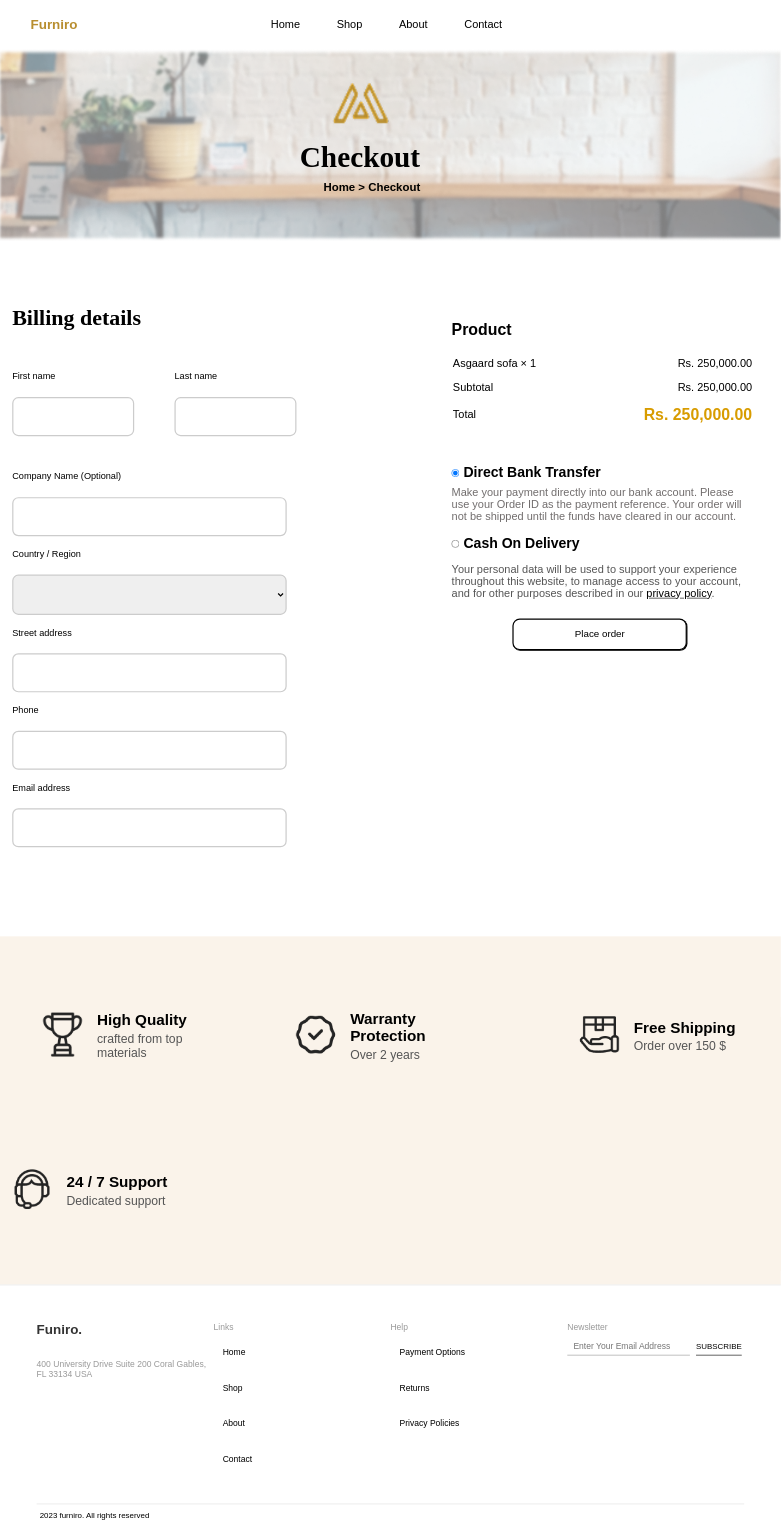
Repository: Ali1Kh/Furniro-ITI
Page: pages/checkout.html
The author's editor kept a copy of each file at every save. The page is drawn from the files as they stood at one save, then again after the next save.
The browser window is 1280 px wide. The pictures show the whole page, at 61% of full size.

Above is the page before, as saved 2025-07-19 22:03:53.

### pages/checkout.html
<!DOCTYPE html>
<html lang="en">

<head>
  <meta charset="UTF-8">
  <meta name="viewport" content="width=device-width, initial-scale=1.0">
  <title>CheckOut</title>
  <link rel="shortcut icon" href="../assets/icons/Logo.png" type="image/x-icon">
  <link rel="stylesheet" href="../styles/index.css">
  <link rel="stylesheet" href="../styles/checkout.css">
</head>

<body>

  <nav>
    <!-- Navigation -->
    <div class="navBar">
      <div class="text">
        <p>Furniro</p>
      </div>

      <div class="menu-icon" onclick="toggleSidebar()">☰</div>

      <div class="navBarLinks">
        <ul>
          <li><a href="/pages/home.html">Home</a></li>
          <li><a href="/pages/shop.html">Shop</a></li>
          <li><a href="/">About</a></li>
          <li><a href="/pages/contact.html">Contact</a></li>
        </ul>
      </div>

     <div class="navBarIcons">
        <a href="/pages/Compare.html"><i class="fa-solid fa-user"></i></a>
        <a href="/pages/shop.html"><i class="fa-solid fa-magnifying-glass"></i></a>
        <a href="/"><i class="fa-solid fa-heart"></i></a>
        <a href="/pages/checkout.html"><i class="fa-solid fa-cart-plus"></i></a>
      </div>
    </div>


    <!-- Sidebar for mobile -->
    <div class="sidebar" id="sidebar">
      <a href="" onclick="toggleSidebar()">✖</a>
      <a href="">Home</a>
      <a href="/pages/shop.html">Shop</a>
      <a href="/">About</a>
      <a href="/pages/contact.html">Contact</a>
    </div>
  </nav>

  <main class="checkout">
    <div id="home">
      <div class="img-conteaner">
        <img src="../assets/img/Rectangle 1.png" alt="">

        <div class="text-conteaner">
          <img src="../assets/icons/Logo.png" alt="" style="width: 100px;height: 77px;margin-top: -80px; left: 1px; ">
          <h2 style="font-size: 48px; font-family: Poppins; top: 20px;">Checkout</h2>
          <h3 style="top: 30px;left: -11px; "><span style="width: 48;height: 24;top: 295px;left: 660px; ">Home ></span>
            Checkout</h3>
        </div>
      </div>
    </div>

    <div id="content">
      <div class="form">
        <h1 style="font-family: Poppins;font-weight: 600;font-style: SemiBold;font-size: 36px;">Billing details</h1>
        <br><br>
        <form>
          <div class="input" style="width: 200px;">
            <label>First name</label><br>
            <input type="text" name="firatname" id="firatname">
          </div>

          <div class="input" style="width: 200px; position: relative;bottom: 127px;left: 266px;">
            <label>Last name</label><br>
            <input type="text" name="lastname" id="lastname">
          </div>

          <div class="input" style="position: relative; bottom: 90px; width: 450px;">
            <label>Company Name (Optional)</label><br>
            <input type="text" name="Companyname(Optional)" id="Companyname(Optional)">
          </div>

          <div class="input" style="position: relative; bottom: 90px; width: 450px;">
            <label>Country / Region</label><br>
            <select>
              <option></option>
              <option>UK</option>
              <option>Argantina</option>
              <option>Brasil</option>
              <option>Egypt</option>
              <option>USA</option>
            </select>
          </div>

          <div class="input" style="position: relative; bottom: 90px; width: 450px;">
            <label>Street address</label><br>
            <input type="text" name="Streetaddress" id="Streetaddress">
          </div>

          <div class="input" style="position: relative; bottom: 90px; width: 450px;">
            <label>Phone</label><br>
            <input type="number" name="Phone" id="Phone">
          </div>

          <div class="input" style="position: relative; bottom: 90px; width: 450px;">
            <label>Email address</label><br>
            <input type="email" name="Emailaddress" id="Emailaddress">
          </div><br><br>

        </form>
      </div>
      <div class="table">
        <div class="order-summary">
          <h2>Product</h2>
          <table>
            <tr>
              <td>Asgaard sofa × 1</td>
              <td style="text-align: right;">Rs. 250,000.00</td>
            </tr>
            <tr>
              <td>Subtotal</td>
              <td style="text-align: right;">Rs. 250,000.00</td>
            </tr>
            <tr>
              <td>Total</td>
              <td style="text-align: right;" class="total">Rs. 250,000.00</td>
            </tr>
          </table><br><br>

          <div class="payment-methods">
            <label><input type="radio" name="payment" checked> Direct Bank Transfer</label>
            <p>
              Make your payment directly into our bank account. Please use your Order ID as the payment reference. Your
              order will not be shipped until the funds have cleared in our account.
            </p>

            <label><input type="radio" name="payment"> Cash On Delivery</label>
          </div>

          <div class="privacy">
            Your personal data will be used to support your experience throughout this website, to manage access to your
            account, and for other purposes described in our <a href="#">privacy policy</a>.
          </div>

          <button class="btn">Place order</button>
        </div>
      </div>
    </div>

    <div id="quality">
      <div class="quality-box"
        style="display: flex; gap: 1.5rem; padding-top: 80px; padding-bottom: 80px;width: 25%;padding-left: 50px;">
        <div class="l"><img src="../assets/icons/Group copy.png" alt=""></div>
        <div class="r">
          <h2>High Quality</h2>
          <p>crafted from top materials</p>
        </div>

      </div>
      <div class="quality-box" style="display: flex; gap: 1.5rem; padding-top: 80px; padding-bottom: 80px;width: 25%;">
        <div class="l"><img src="../assets/icons/Group (2).png" alt=""></div>
        <div class="r">
          <h2>Warranty Protection</h2>
          <p>Over 2 years</p>
        </div>

      </div>
      <div class="quality-box" style="display: flex; gap: 1.5rem; padding-top: 80px; padding-bottom: 80px;width: 25%;">
        <div class="l"><img src="../assets/icons/Vector (2).png" alt=""></div>
        <div class="r">
          <h2>Free Shipping</h2>
          <p>Order over 150 $</p>
        </div>

      </div>
      <div class="quality-box" style="display: flex; gap: 1.5rem; padding-top: 80px; padding-bottom: 80px;width: 25%;">
        <div class="l"><img src="../assets/icons/customer-support.png" alt=""></div>
        <div class="r">
          <h2>24 / 7 Support</h2>
          <p>Dedicated support</p>
        </div>

      </div>

    </div>
  </main>

  <footer class="footer">
    <div class="footer-container">
      <div class="footer-sec">
        <h2 class="logo">Funiro.</h2>
        <p style="padding-top: 20px;">400 University Drive Suite 200 Coral Gables,<br>FL 33134 USA</p>
      </div>

      <div class="footer-sec">
        <h4>Links</h4>
        <ul>
          <li><a href="#">Home</a></li>
          <li><a href="#">Shop</a></li>
          <li><a href="#">About</a></li>
          <li><a href="#">Contact</a></li>
        </ul>
      </div>

      <div class="footer-sec">
        <h4>Help</h4>
        <ul>
          <li><a href="#">Payment Options</a></li>
          <li><a href="#">Returns</a></li>
          <li><a href="#">Privacy Policies</a></li>
        </ul>
      </div>

      <div class="footer-sec new">
        <h4>Newsletter</h4>
        <div class="subscribe">
          <input type="email" placeholder="Enter Your Email Address">
          <button>SUBSCRIBE</button>
        </div>
      </div>
    </div>

    <div class="footer-bottom">
      <p>2023 furniro. All rights reserved</p>
    </div>
  </footer>

  <script src="../scripts/index.js"></script>

</body>

</html>

### styles/index.css
:root {
  --mainColor: #feeed8;
}

* {
  margin: 0;
  padding: 0;
  box-sizing: border-box;
}

body {
  font-family: "Poppins", sans-serif;
}

.navBar img {
  display: inline;
}

.navBar {
  width: 100%;
  height: 80px;
  display: flex;
  justify-content: space-between;
  align-items: center;
  padding: 0 50px;
  background-color: #fff;
  z-index: 1000;
  position: sticky;
  top: 0;
}

.navBarLinks ul {
  list-style: none;
  display: flex;
  gap: 60px;
}

.navBarLinks a {
  text-decoration: none;
  font-size: 18px;
  color: black;
}

.navBarIcons {
  display: flex;
  gap: 30px;
}

.text p {
  font-weight: bold;
  font-size: 22px;
  color: #b88e2f;
}

/* Sidebar for mobile */
.sidebar {
  height: 100%;
  width: 0;
  position: fixed;
  background-color: #8d8d8d;
  overflow-x: hidden;
  transition: 0.3s;
  padding-top: 60px;
  z-index: 999;
}
.sidebar a {
  padding: 12px 20px;
  text-decoration: none;
  font-size: 20px;
  color: white;
  display: block;
}
.sidebar a:hover {
  background-color: #444;
}

.menu-icon {
  font-size: 28px;
  cursor: pointer;
  display: none;
  padding: 15px;
}

/* Quality */

#quality {
  display: flex;
  background-color: rgba(250, 243, 234, 1);
  width: 100%;
}

/* Page Header */

#pageHeader .imge {
  position: relative;
  width: 100%;
  height: auto;
}

#pageHeader .imge img {
  width: 100%;
  height: auto;
  display: block;
}

#pageHeader .adresIn {
  position: absolute;
  top: 50%;
  left: 50%;
  transform: translate(-50%, -50%);
  color: black;
  text-align: center;
}

#pageHeader .mainP1 {
  font-size: 48px;
}
#pageHeader .scoundP1 {
  font-size: 16px;
}

.footerBox {
  height: 400px;
  width: 100%;
}
.with-line::before,
.with-line::after {
  content: "";
  display: block;
  height: 1px;
  background-color: #c6c6c6;
  margin: 20px auto;
  width: 100%;
}

.with-line::after {
  width: 82%;
}

.infoterbox {
  margin-left: 100px;
  margin-right: 100px;
  display: grid;
  grid-template-columns: 1fr 1fr 1fr 1.5fr;
  gap: 20px;
  padding: 30px;
  color: white;

  height: 100%;
}

.mainFooterBar {
  font-weight: bold;
  font-size: 24px;
  color: #000;
}
.scoundFooterBar {
  font-size: 16px;
  font-weight: 300;
  color: #9f9f9f;
  position: relative;
  top: 40px;
}

.prgraphF {
  position: relative;
  top: 54px;
}

.infoterboxLM a,
.infoterboxRM a {
  display: block;
  margin-top: 55px;
  text-decoration: none;
  color: #000;
  width: 70%;
}

.infoterboxLM p,
.infoterboxRM p,
.prgraphFF p {
  font-size: 16px;
  font-weight: 300;
  color: #9f9f9f;
}

.SUBSCRIBE {
  position: relative;
  top: 53px;
}

.SUBSCRIBE button {
  font-size: 14px;
  font-weight: bold;
  width: 85px;
  height: 21px;
  border: none;
  border-bottom: 1px solid black;
  margin-left: 15px;
  background-color: white;

  cursor: pointer;
}

.SUBSCRIBE input {
  font-size: 14px;
  width: 200px;
  height: 21px;
  color: #9f9f9f;
  border: none;
  border-bottom: 1px solid black;
}

.SUBSCRIBE input:focus {
  outline: none;
}

@media (max-width: 768px) {
  .navBarLinks {
    display: none;
  }
  .menu-icon {
    display: block;
  }
  .navBarIcons {
    display: none;
  }
}

@media (max-width: 767px) {
  .navBarIcons {
    display: none;
  }
}

### styles/checkout.css
* {
  margin: 0;
  padding: 0;
}
.checkout ul {
  list-style: none;
}

.checkout a {
  text-decoration: none;
}

/* start header */

#header {
  background-color: rgb(250, 245, 240);
  border: 1px solid #ccc;
  width: 100%;
  height: 90px;
}
#header .navbar {
  display: flex;
  justify-content: space-between;
  align-items: center;
}
#header .navbar .logo {
  display: flex;
  width: 185;
  height: 41;
  opacity: 1;
  top: 29px;
  left: 54px;
  gap: 5px;
}
#header .navbar img {
  width: 185;
  height: 41px;
  top: 29px;
  left: 54px;
  gap: 5px;
}

/* #header .navbar .imgs{
    width: 300px;
    display: flex;
    position: relative;
    bottom: 10px;
} */

#header .navbar ul {
  display: flex;
}
#header .navbar ul li a {
  position: relative;
  color: black;
  font-size: 25px;
  margin: 0 20px;
  font-weight: bold;
  transition: 0.3s ease;
  bottom: 15px;
}
#header .navbar ul li a:hover {
  color: bisque;
}

/* finish header */

.img-conteaner {
  position: relative;
  width: 100%;
}

.img-conteaner img {
  width: 100%;
  height: 316px;
  top: 100px;
}

.text-conteaner {
  position: absolute;
  top: 50%;
  left: 50%;
  transform: translate(-50%, -50%);
}
.text-conteaner h3 {
  position: relative;
  bottom: 90px;
  left: 40px;
}
.text-conteaner h2 {
  position: relative;
  bottom: 90px;
  left: -50px;
}

#content {
  display: flex;
  justify-content: space-between;
  gap: 8rem;
  max-width: 1240px;
  margin: auto;
  padding-top: 100px;
}

.form {
  width: 50%;
}

.form h1 {
  font-size: 36px;
  font-weight: 600;
  margin-bottom: 30px;
}

form label {
  font-weight: 500;
  margin-bottom: 8px;
  display: block;
  font-size: 15px;
}

form input,
form select {
  width: 100%;
  padding: 22px;
  border: 2px solid #ccc;
  border-radius: 10px;
  font-size: 14px;
}

.input {
  margin-bottom: 20px;
}

.table {
  width: 48%;
}

.order-summary {
  padding: 25px;
}

.order-summary h2 {
  font-size: 26px;
  margin-bottom: 20px;
}

.order-summary table {
  width: 100%;
  margin-bottom: 20px;
}

.order-summary table td {
  padding: 8px 0;
  font-size: 18px;
}

.order-summary .total {
  font-weight: bold;
  color: #d89c00;
  font-size: 26px;
}

.payment-methods label {
  display: block;
  margin-bottom: 10px;
  font-weight: bold;
  font-size: 23px;
}

.payment-methods p {
  font-size: 18px;
  color: #716d6d;
  margin: 10px 0 20px;
  line-height: 1.1;
}

.privacy {
  font-size: 18px;
  color: #555;
  margin: 20px 0;
  line-height: 1.1;
}

.privacy a {
  text-decoration: underline;
  color: black;
}

.btn {
  padding: 15px 100px;
  background: #fff;
  border: 2px solid black;
  border-radius: 12px;
  font-size: 16px;
  transition: 0.3s ease;
  margin-left: 100px;
  margin-top: 10px;
  box-shadow: 1px 1px 1px black;
}

.btn:hover {
  background-color: #babd8e;
}

#quality {
  display: flex;
  justify-content: space-between;
  background-color: rgba(250, 243, 234, 1);
  width: 100%;
  flex-wrap: wrap;
  padding: 40px 20px;
  gap: 1rem;
}

.quality-box {
  display: flex;
  gap: 1.2rem;
  width: 25%;
  padding-top: 40px;
  padding-bottom: 40px;
  box-sizing: border-box;
  align-items: center;
}

.quality-box img {
  width: 65px;
}

.quality-box h2 {
  font-size: 25px;
  margin-bottom: 5px;
}

.quality-box p {
  font-size: 20px;
  color: #555;
}


.footer {
  background-color: #fff;
  padding: 40px 60px 20px;
  border-top: 1px solid #e0e0e0;
  color: #333;
}

.footer-container {
  display: flex;
}

.footer-sec {
  flex: 1 1 200px;
  margin: 20px 0;
}

.footer-sec h2.logo {
  font-size: 22px;
  font-weight: 700;
  margin-bottom: 15px;
}

.footer-sec h4 {
  font-size: 14px;
  font-weight: 500;
  color: #999;
  margin-bottom: 10px;
}

.footer-sec ul {
  list-style: none;
  padding: 0;
  margin: 0;
}

.footer-sec ul li {
  margin-bottom: 10px;
  padding: 15px;
}

.footer-sec ul li a {
  text-decoration: none;
  color: #000;
  font-size: 14px;
}

.footer-sec p {
  color: #999;
  font-size: 14px;
}

.new .subscribe {
  display: flex;
  gap: 10px;
  margin-top: 10px;
}

.new input {
  padding: 6px 10px;
  font-size: 14px;
  border: none;
  border-bottom: 1px solid #999;
  outline: none;
}

.new button {
  background: none;
  border: none;
  border-bottom: 1px solid #000;
  color: #000;
  font-size: 13px;
  font-weight: 500;
}

.footer-bottom {
  border-top: 1px solid #e0e0e0;
  padding: 5px;
  margin-top: 20px;
  padding-top: 10px;
  text-align: left;
  font-size: 13px;
  color: #000;
}

@media (max-width: 790px) {
  #content {
    flex-direction: column;
    gap: 3rem;
    padding: 50px 20px;
  }

  .form,
  .table {
    width: 100%;
  }

  .btn {
    width: 100%;
    margin-left: 0;
  }
   .quality-box {
    width: 100%;
    flex-direction: row;
    justify-content: start;
    padding: 20px 0;
     position: relative;
    left: 30%;

  }

  #quality {
    flex-direction: column;
    gap: 0;

  }
}
@media (max-width: 768px) {
  .footer-container {
    flex-direction: column;
    gap: 30px;
  }

  .footer-sec {
    margin: 10px 0;
  }

  .new .subscribe {
    flex-direction: column;
    align-items: flex-start;
  }

  .new input,
  .new button {
    width: 50%;
  }

  .footer {
    padding: 30px 20px 10px;
  }

  .footer-bottom {
    text-align: center;
    font-size: 12px;
  }
}

### scripts/index.js
function toggleSidebar() {
  const sidebar = document.getElementById("sidebar");
  if (sidebar.style.width === "250px") {
    sidebar.style.width = "0";
  } else {
    sidebar.style.width = "250px";
  }
}

function toggleSidebar() {
  const sidebar = document.getElementById("sidebar");
  if (sidebar.style.display === "flex") {
    sidebar.style.display = "none";
  } else {
    sidebar.style.display = "flex";
  }
}

After the next save:
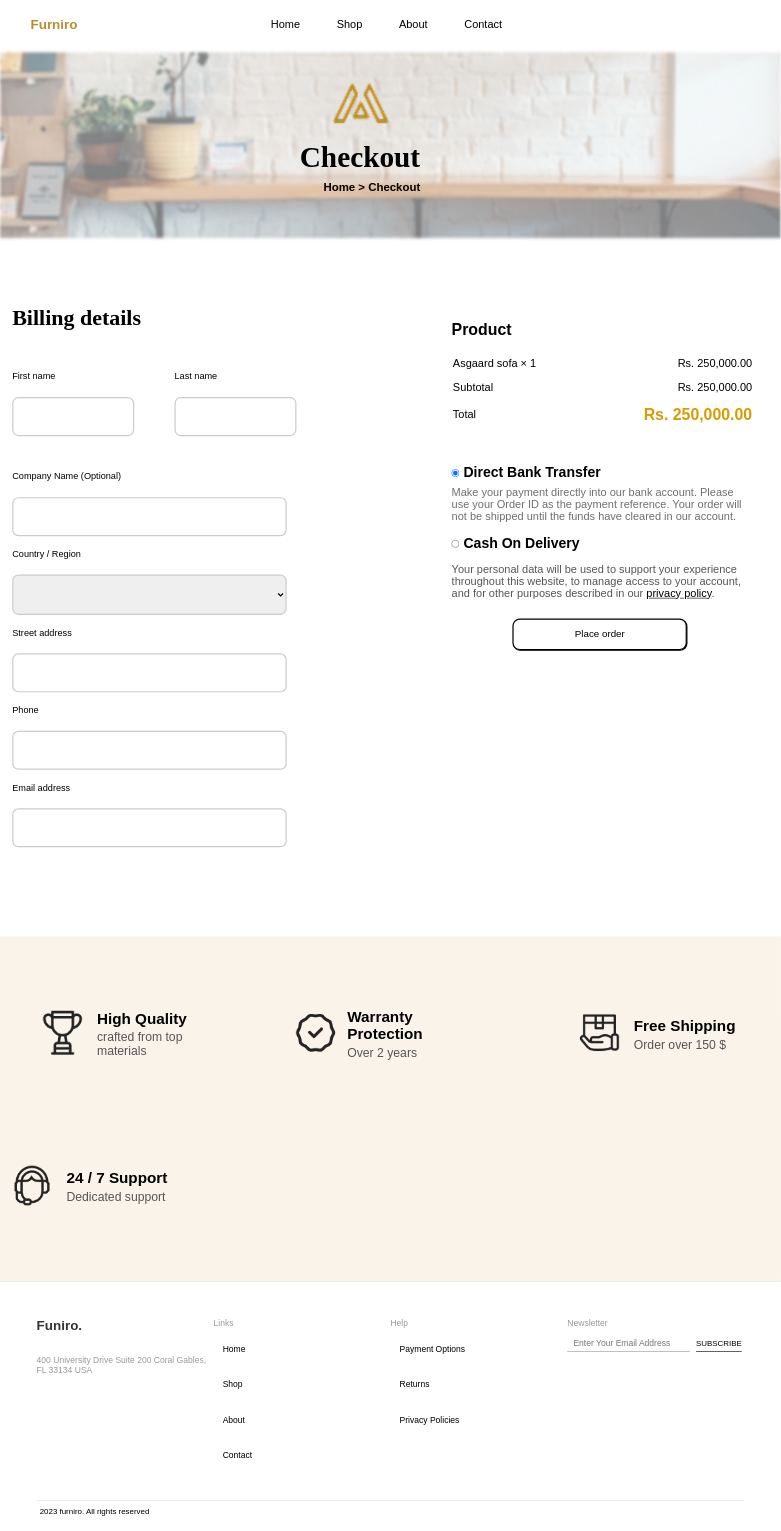
Saved 68 s later.
--- a/pages/checkout.html
+++ b/pages/checkout.html
@@ -160,7 +160,7 @@
         </div>
 
       </div>
-      <div class="quality-box" style="display: flex; gap: 1.5rem; padding-top: 80px; padding-bottom: 80px;width: 25%;">
+      <div class="quality-box" >
         <div class="l"><img src="../assets/icons/Group (2).png" alt=""></div>
         <div class="r">
           <h2>Warranty Protection</h2>
